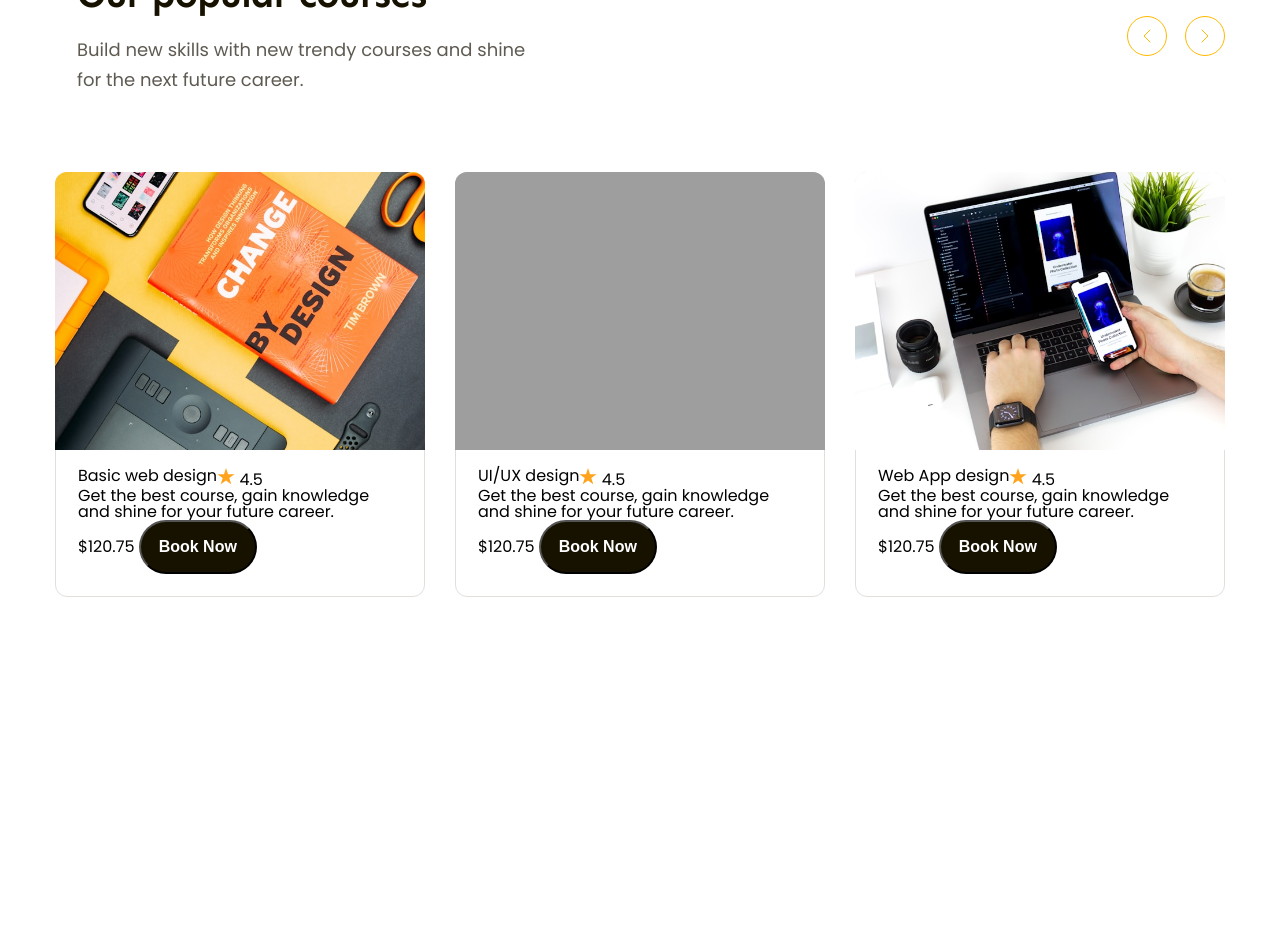
Repository: vancong171001/f8-html-css-02
Page: index.html
These files come from the project's save history. The page is drawn as it stood at one moment and after the next save; the edit follows.
The browser window is 1280 px wide. The pictures show the part of the page from y = 1145 to 2097 px (the page is 5000 px tall).
Pictures or frames that could not be fetched are drawn as grey boxes. A picture or video elsewhere on the page could not be fetched, so the positions and the page height are approximate.

Above is the page before, as saved 2025-03-11 14:21:05.

### index.html
<!DOCTYPE html>
<html lang="en">
  <head>
    <meta charset="UTF-8" />
    <meta name="viewport" content="width=device-width, initial-scale=1.0" />
    <title>F8 Project 02</title>
    <!-- Reset CSS -->
    <link rel="stylesheet" href="./assets/css/reset.css" />

    <!-- Embed fonts -->
    <link rel="preconnect" href="https://fonts.googleapis.com" />
    <link rel="preconnect" href="https://fonts.gstatic.com" crossorigin />
    <link
      href="https://fonts.googleapis.com/css2?family=Poppins:ital,wght@0,400;0,500;0,600;0,700;1,400&family=Sen:wght@700&display=swap"
      rel="stylesheet"
    />

    <!-- Style CSS -->
    <link rel="stylesheet" href="assets/css/style.css" />
  </head>
  <body>
    <main style="height: 5000px">
      <!-- Header -->
      <header class="header fixed">
        <div class="main-content">
          <div class="body">
            <!-- Logo -->
            <img src="./assets/img/logo.svg" alt="Lesson" class="logo" />

            <!-- Nav -->
            <nav class="nav">
              <ul>
                <li class="active">
                  <a href="#!">Home</a>
                </li>
                <li>
                  <a href="#!">Courses</a>
                </li>
                <li>
                  <a href="#!">Pricing</a>
                </li>
                <li>
                  <a href="#!">Reviews</a>
                </li>
              </ul>
            </nav>

            <!-- Action -->
            <div class="action">
              <a href="#!" class="btn sign-up-btn">Sign Up</a>
            </div>
          </div>
        </div>
      </header>

      <!-- Hero -->
      <div class="hero">
        <div class="main-content">
          <div class="body">
            <!-- Hero left -->
            <div class="media-block">
              <img
                src="https://images.unsplash.com/photo-1740734940319-7208196590b7?w=600&auto=format&fit=crop&q=60&ixlib=rb-4.0.3&ixid=M3wxMjA3fDB8MHxmZWF0dXJlZC1waG90b3MtZmVlZHwxNHx8fGVufDB8fHx8fA%3D%3D"
                alt="Learn without limits and spread knowledge."
                class="img"
              />

              <div class="hero-summary">
                <div class="item">
                  <div class="icon">
                    <img src="./assets/icon/list.svg" alt="" />
                  </div>
                  <div class="info">
                    <p class="lable">20 Courses</p>
                    <p class="title">UI/UX Design</p>
                  </div>
                </div>
                <div class="item">
                  <div class="icon">
                    <img src="./assets/icon/code.svg" alt="" />
                  </div>
                  <div class="info">
                    <p class="lable">20 Courses</p>
                    <p class="title">Development</p>
                  </div>
                </div>
                <div class="item">
                  <div class="icon">
                    <img src="./assets/icon/speaker.svg" alt="" />
                  </div>
                  <div class="info">
                    <p class="lable">30 Courses</p>
                    <p class="title">Marketing</p>
                  </div>
                </div>
              </div>
            </div>

            <!-- Hero right -->
            <div class="content-block">
              <h1 class="heading lv1">
                Learn without limits and spread knowledge.
              </h1>
              <p class="desc">
                Build new skills for that “this is my year” feeling with
                courses, certificates, and degrees from world-class universities
                and companies.
              </p>
              <div class="cta-group">
                <a href="#!" class="btn hero-cta">See Courses</a>
                <button class="watch-video">
                  <div class="icon">
                    <img src="./assets/icon/play.svg" alt="" />
                  </div>
                  <span>Watch Video</span>
                </button>
              </div>
              <p class="desc">Recent engagement</p>
              <p class="desc stats">
                <strong>50K</strong> Students <strong>70+</strong> Courses
              </p>
            </div>
          </div>
        </div>
      </div>

      <!-- Popular -->
      <div class="popular">
        <div class="main-content">
          <div class="popular-top">
            <div class="info">
              <h2 class="heading lv2">Our popular courses</h2>
              <p class="desc">
                Build new skills with new trendy courses and shine for the next
                future career.
              </p>
            </div>
            <div class="controls">
              <button class="control-btn">
                <svg
                  width="8"
                  height="14"
                  viewBox="0 0 8 14"
                  fill="none"
                  xmlns="http://www.w3.org/2000/svg"
                >
                  <path
                    d="M7 1L1 7L7 13"
                    stroke="currentColor"
                    stroke-linecap="round"
                    stroke-linejoin="round"
                  />
                </svg>
              </button>
              <button class="control-btn">
                <svg
                  width="8"
                  height="14"
                  viewBox="0 0 8 14"
                  fill="none"
                  xmlns="http://www.w3.org/2000/svg"
                >
                  <path
                    d="M1 1L7 7L1 13"
                    stroke="currentColor"
                    stroke-linecap="round"
                    stroke-linejoin="round"
                  />
                </svg>
              </button>
            </div>
          </div>

          <div class="course-list">
            <!-- Course Item 1 -->
            <div class="course-item">
              <img
                src="./assets/img/course-1.jpg"
                alt="Basic web design"
                class="thumb"
              />
              <div class="info">
                <div class="head">
                  <h3 class="title">Basic web design</h3>
                  <div class="rating">
                    <img src="./assets/icon/star.svg" alt="Star" class="star" />
                    <span class="value">4.5</span>
                  </div>
                </div>
                <p class="desc">
                  Get the best course, gain knowledge and shine for your future
                  career.
                </p>
                <div class="foot">
                  <span class="price">$120.75</span>
                  <button class="btn">Book Now</button>
                </div>
              </div>
            </div>
            <!-- Course Item 2 -->
            <div class="course-item">
              <img
                src="./assets/img/course-2.jpg"
                alt="UI/UX design"
                class="thumb"
              />
              <div class="info">
                <div class="head">
                  <h3 class="title">UI/UX design</h3>
                  <div class="rating">
                    <img src="./assets/icon/star.svg" alt="Star" class="star" />
                    <span class="value">4.5</span>
                  </div>
                </div>
                <p class="desc">
                  Get the best course, gain knowledge and shine for your future
                  career.
                </p>
                <div class="foot">
                  <span class="price">$120.75</span>
                  <button class="btn">Book Now</button>
                </div>
              </div>
            </div>
            <!-- Course Item 3 -->
            <div class="course-item">
              <img
                src="./assets/img/course-3.jpg"
                alt="Web App design"
                class="thumb"
              />
              <div class="info">
                <div class="head">
                  <h3 class="title">Web App design</h3>
                  <div class="rating">
                    <img src="./assets/icon/star.svg" alt="Star" class="star" />
                    <span class="value">4.5</span>
                  </div>
                </div>
                <p class="desc">
                  Get the best course, gain knowledge and shine for your future
                  career.
                </p>
                <div class="foot">
                  <span class="price">$120.75</span>
                  <button class="btn">Book Now</button>
                </div>
              </div>
            </div>
          </div>
        </div>
      </div>
    </main>
  </body>
</html>

### assets/css/style.css
* {
  box-sizing: border-box;
}

:root {
  --primary-color: #ffb900;
  --font-heading: Sen, san-serif;
}

html {
  font-size: 62.5%;
}

body {
  font-size: 1.6rem;
  font-family: "Poppins", sans-serif;
}

/* ========== Common ========= */
a {
  text-decoration: none;
}

.btn {
  display: inline-block;
  min-width: 118px;
  padding: 0 16px;
  line-height: 50px;
  color: #fff;
  text-align: center;
  font-size: 1.6rem;
  font-weight: 600;
  border-radius: 999px;
  background: #171100;
}

.btn:hover {
  opacity: 0.9;
}

.heading {
  color: #171100;
  font-family: var(--font-heading);
  font-weight: 700;
  letter-spacing: -0.02em;
}

.heading.lv1 {
  font-size: 5.8rem;
  line-height: 1.17; /* 117.241% */
}

.heading.lv2 {
  font-size: 3.8rem;
  line-height: 1.26; /* 126.316% */
}

.main-content {
  width: 1170px;
  max-width: calc(100% - 48px);
  margin-left: auto;
  margin-right: auto;
}

/* ========== Header ========= */
.header {
  background: #fffcf4;
}

.header.fixed {
  position: sticky;
  top: -28px;
  z-index: 1;
}

.header .body {
  display: flex;
  align-items: center;
  padding: 36px 0 8px;
}

.nav {
  margin-left: auto;
}

.nav ul {
  display: flex;
}

.nav a {
  position: relative;
  padding: 8px 21px;
  color: #5f5b53;
  font-size: 1.6rem;
}

.nav a:hover,
.nav li.active a {
  /* font-weight: 600; */
  text-shadow: 1px 0 0 currentColor;
  color: #171100;
}

.nav li.active a::after {
  content: "";
  position: absolute;
  left: 21px;
  bottom: 6px;
  display: block;
  width: 12px;
  height: 2px;
  border-radius: 1px;
  background: #171100;
}

.header .sign-up-btn {
  min-width: 144px;
}

.header .action {
  margin-left: 49px;
}

/* ========== Hero ========= */
.hero {
  padding: 56px 0 65px;
  background: #fffcf4;
}

.hero .body {
  display: flex;
}

/* Hero Left */
.hero .media-block {
  position: relative;
  width: 48%;
}

.hero .media-block .img {
  width: 470px;
  height: 685px;
  object-fit: cover;
  border-radius: 20px;
  display: block;
}

.hero-summary {
  position: absolute;
  right: 0;
  bottom: 48px;
  width: 270px;
  padding: 24px;
  border-radius: 12px;
  background: #fff;
  box-shadow: 0px 16px 32px 0px rgba(0, 0, 0, 0.05);
}

.hero-summary .item {
  display: flex;
  align-items: center;
}

.hero-summary .item + .item {
  margin-top: 22px;
}

.hero-summary .icon {
  width: 48px;
  height: 48px;
  border-radius: 50%;
  display: flex;
  justify-content: center;
  align-items: center;
  background: #fff9e8;
}

.hero-summary .item:nth-of-type(2) .icon {
  background: #fcefff;
}
.hero-summary .item:last-child .icon {
  background: #ebeaff;
}

.hero-summary .info {
  margin-left: 16px;
}

.hero-summary .lable {
  color: #5f5b53;
  font-size: 1.4rem;
  line-height: 1.86; /* 185.714% */
}

.hero-summary .title {
  color: #171100;
  font-size: 1.8rem;
  font-weight: 600;
  line-height: 1.67; /* 166.667% */
}

/* Hero Right */
.hero .content-block {
  width: 52%;
  padding: 64px 0 0 130px;
}

.hero .desc {
  margin-top: 22px;
  color: #5f5b53;
  font-size: 1.8rem;
  line-height: 1.67; /* 166.667% */
}

.hero .cta-group {
  display: flex;
  align-items: center;
  margin: 38px 0 48px;
}

.hero .hero-cta {
  min-width: 180px;
  line-height: 64px;
  background: var(--primary-color);
  border-radius: 32px;
}

.hero .watch-video {
  display: flex;
  align-items: center;
  border: none;
  background: transparent;
  margin-left: 28px;
  cursor: pointer;
}

.hero .watch-video .icon {
  width: 40px;
  height: 40px;
  border-radius: 50%;
  display: flex;
  justify-content: center;
  align-items: center;
  background: #ffffff;
  box-shadow: 0px 8px 16px rgba(0, 0, 0, 0.07);
}

.hero .watch-video span {
  color: #171100;
  font-size: 1.8rem;
  font-weight: 600;
  line-height: 1.67; /* 166.667% */
  margin-left: 14px;
}

.hero .stats {
  margin: 8px 0 0 -28px;
}

.hero .stats strong {
  color: #171100;
  font-family: var(--font-heading);
  font-size: 4.4rem;
  font-weight: 700;
  line-height: 1.22; /* 122.727% */
  padding: 0 8px 0 28px;
}

/* ========== Hero ========= */
.popular {
  padding: 65px 0;
  margin-top: 135px;
}

.popular-top {
  display: flex;
  justify-content: space-between;
  align-items: center;
}

.popular-top .desc {
  color: #5f5b53;
  font-size: 1.8rem;
  line-height: 1.67; /* 166.667% */
  margin-top: 16px;
  width: 458px;
}

.popular-top .controls {
  display: flex;
  gap: 18px;
}

.popular-top .control-btn {
  background: transparent;
  border: 1px solid var(--primary-color);
  width: 40px;
  height: 40px;
  border-radius: 50%;
  display: flex;
  justify-content: center;
  align-items: center;
  color: var(--primary-color);
}

.popular-top .control-btn:hover {
  background: var(--primary-color);
  color: #fff;
  cursor: pointer;
}

.popular .course-list {
  margin-top: 55px;
  display: flex;
  gap: 30px;
}

.popular .course-item {
  flex: 1;
  border-radius: 12px;
  border: 1px solid #e2dfda;
  background: #fff;
}

.popular .course-item .thumb {
  width: calc(100% + 2px);
  border-radius: 12px 12px 0px 0px;
  height: 278px;
  object-fit: cover;
  margin: -1px;
}

.popular .info {
  margin: 16px 22px 22px;
}

.popular .info .head {
  display: flex;
  justify-content: ;
}

Loaded but not shown: assets/css/reset.css (common file)

After the next save:
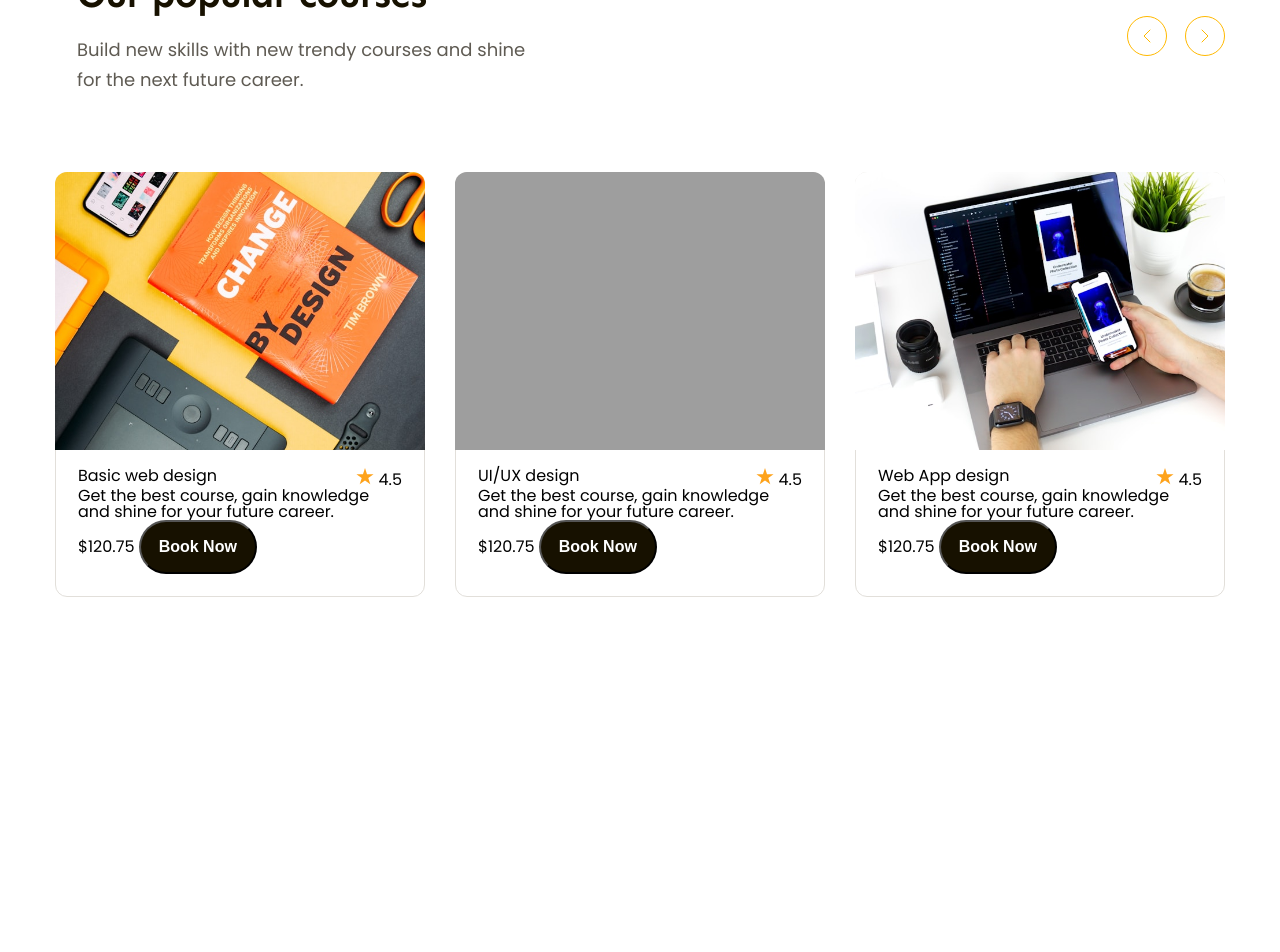
Saved 4 s later.
--- a/assets/css/style.css
+++ b/assets/css/style.css
@@ -336,5 +336,5 @@
 
 .popular .info .head {
   display: flex;
-  justify-content: ;
-}
+  justify-content: space-between;
+}
